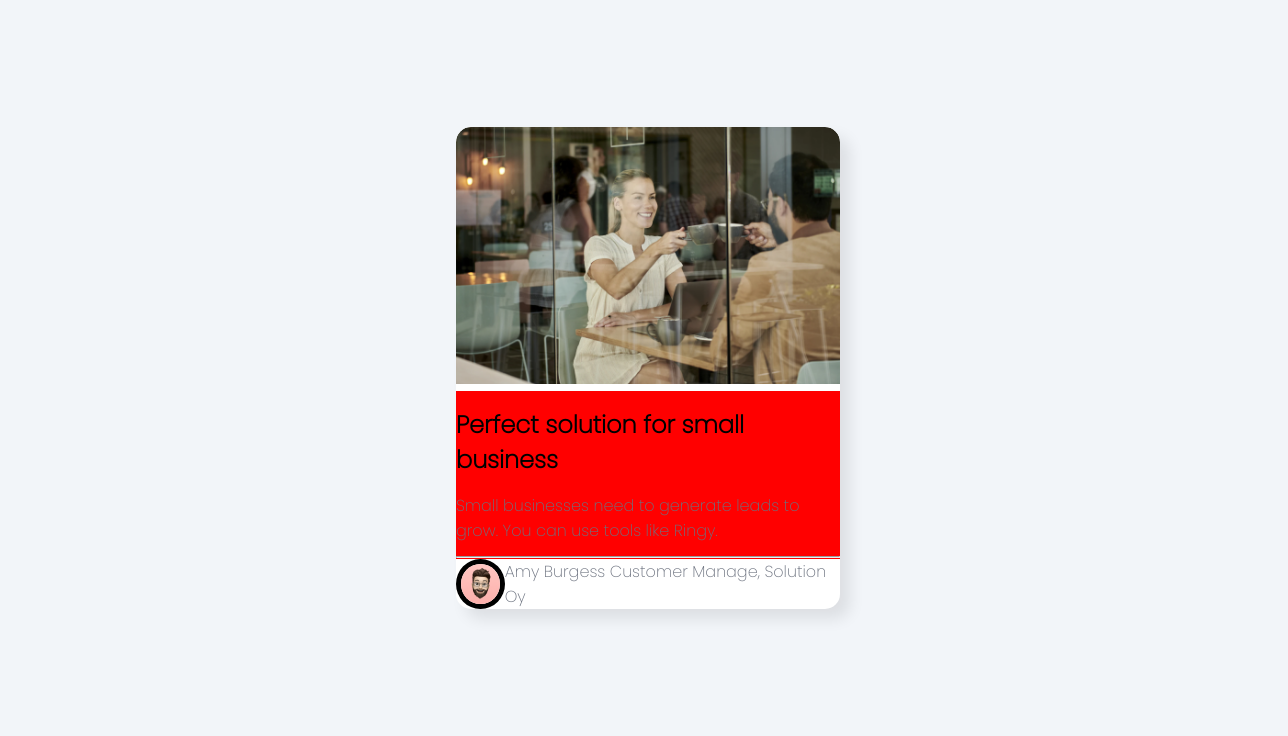
Repository: massndongo/business-blog-card
Page: index.html
These files come from the project's save history. The page is drawn as it stood at one moment and after the next save; the edit follows.
The browser window is 1280 px wide. The page is 1288 px wide, so the pictures cover 1288 px, including what lies to the right of the window. The pictures show the whole page.

Above is the page before, as saved 2023-11-08 05:03:55.

After the next save:
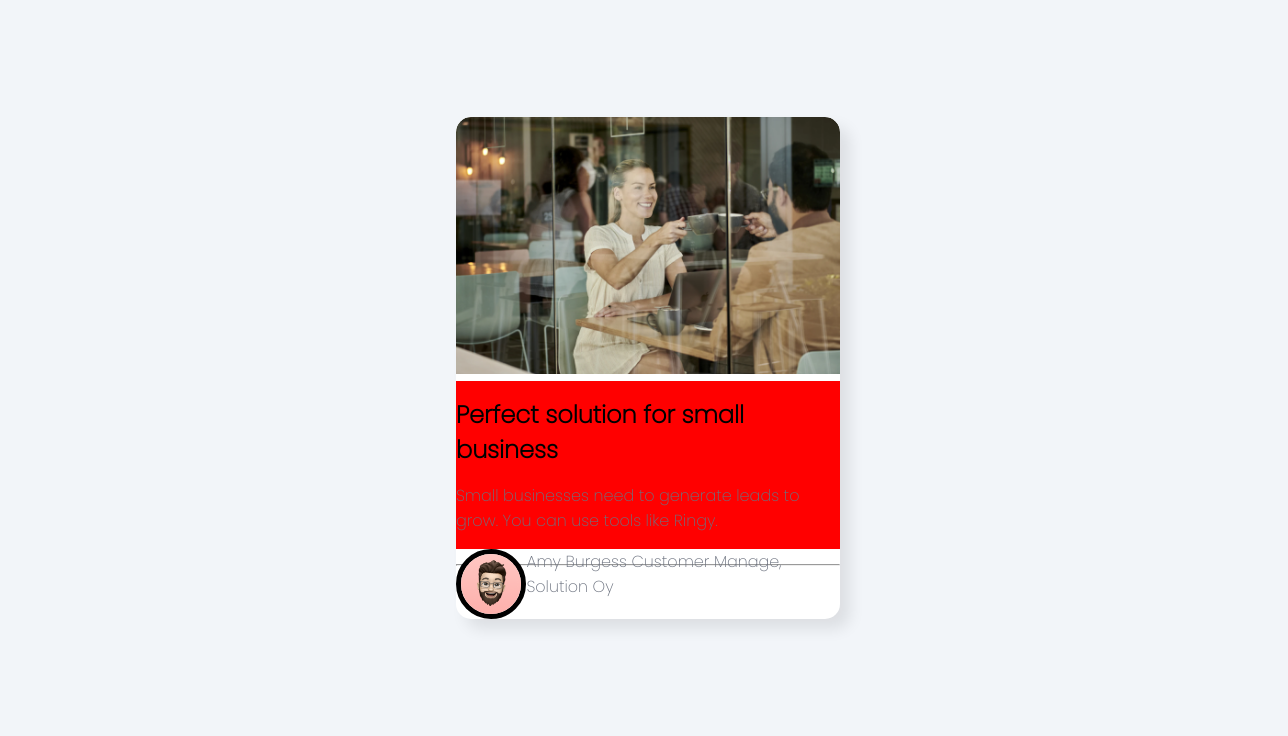
Saved 6 s later.
--- a/css/styles.css
+++ b/css/styles.css
@@ -50,8 +50,7 @@ body {
     font-size: 16px;
 }
 .card-footer img{
-    width: 50px;
-    height: 50px;
+    width: 20%;
     border-radius: 50%;
     border: 5px solid black;
 }
